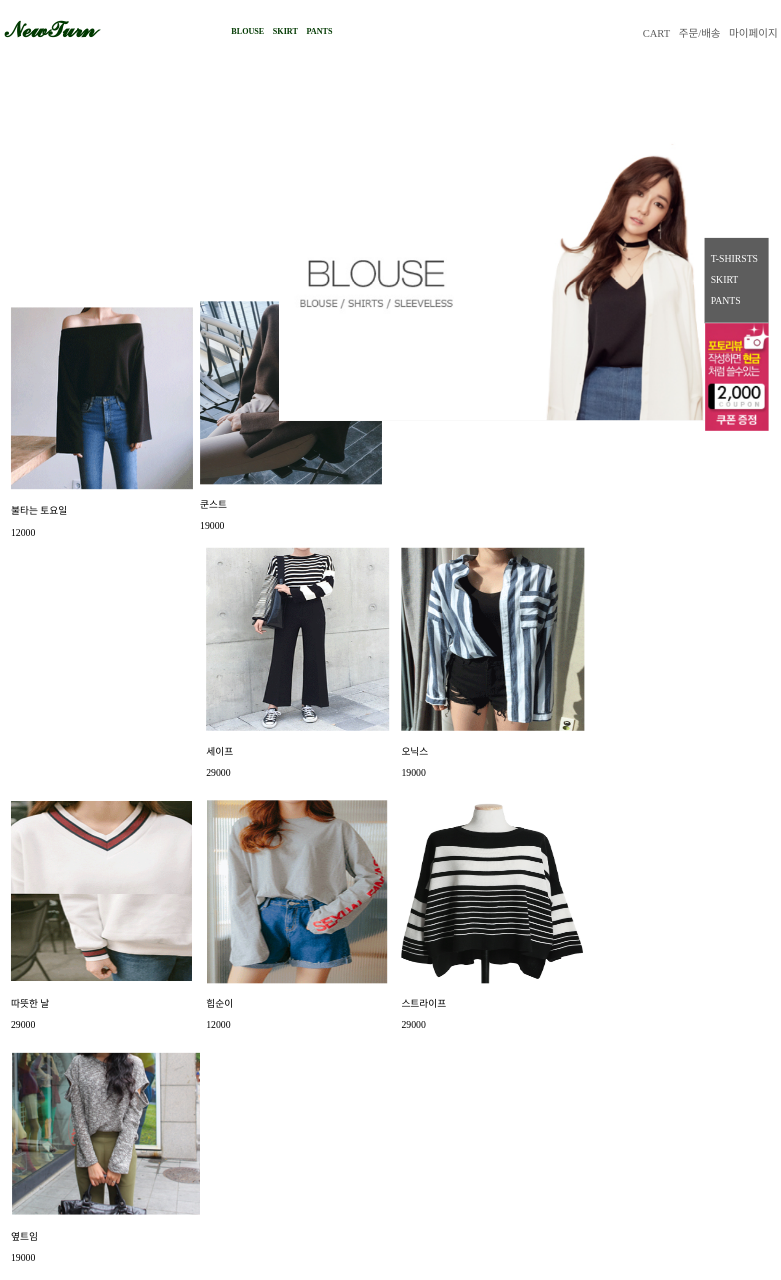
Repository: won0108/Port-Folio
Page: Creating_Homepage/Shopping/WebContent/top.html
These files come from the project's save history. The page is drawn as it stood at one moment and after the next save; the edit follows.
The browser window is 1280 px wide. The pictures show the whole page, at 61% of full size.

Above is the page before, as saved 2020-12-03 07:28:35.

### Creating_Homepage/Shopping/WebContent/top.html
<!DOCTYPE html>
<html>
<head>  <!--웹페이지에 대한 정보를 제공한다.-->
 <title> New Turn </title>  <!--탭에 New Turn을 나타낸다.-->
<style>

 	@font-face
 	{
 		font-family:"My Font";
 		src: url("fontstyle/ENCOSCPT.TTF");
	}
 	h1{
   	color:#003900;
   	position:fixed;
   	top: 0px;
   	left:10px;
   	font-family:"My Font", serif;
   	font-size: 30pt;
   	}
	#infor{
	position:fixed;
	top:40px; right:0px;
	}
	#infor a{
	text-decoration:none;
	color:#5D5D5D;
	font-size:13pt;
	display: inline;
	padding :5px;
	}
	#infor a:hover{
	tex-decoration:underline;
	color: black;
	text-weight:bold;
	}
	#categ{
	position:fixed;
	top:25px; right:730px;
	}
	#categ ul li{
	display: inline;
	}
	#categ ul li a{
	text-decoration:none;
	color:#003900;
	font-size:10pt;
	font-weight:bold;
	text-transform:uppercase;
	padding :5px;
	}
	#categ ul li a:hover{
	tex-decoration:underline; color: black;
	}
</style>
</head>
<body>
<h1> NewTurn </h1>
<div id="infor">
	<a href="">CART</a>
	<a href="">주문/배송</a>
	<a href="마이페이지.html">마이페이지</a>
</div>
<div id="categ">
		<ul>
			<li><a href="top.html">BLOUSE</a></li>
			<li><a href="skirt.html">SKIRT</a></li>
			<li><a href="pants.html">PANTS</a></li>
		</ul>
</div>
<img style="position:relative; top : 200px; left:450px;" src="images/티파니.PNG"><br>

<div style="margin:10px;float:left; top: 50px;">
   <img src="images/티셔츠1.PNG"width="300" height="300">
   <p>불타는 토요일</p>
   <p>12000</p></div>

   <img src="images/티셔츠2.PNG" width="300" height="300">
   <p>쿤스트</p>
   <p>19000</p></div>
<div style="margin:10px; float:left;">
   <img src="티셔츠3.png" width="300" height="300">
   <p>세이프</p>
   <p>29000</p></div>
<div style="margin:10px; float:left;">
   <img src="티셔츠4.png" width="300" height="300">
   <p>오닉스</p>
   <p>19000</p></div>
<div style="margin:10px; float:left;">
<img src="티셔츠5.png" width="300" height="300">
<p>따뜻한 날</p>
<p>29000</p>
</div>
<div style="margin:10px; float:left;">
<img src="티셔츠6.png" width="300" height="300">
<p>힙순이</p><p>12000</p></div>
<div style="margin:10px; float:left;">
<img src="티셔츠7.png" width="300" height="300">
<p>스트라이프</p>
<p>29000</p>
</div>
<div style="margin:10px; float:left;">
<img src="티셔츠8.png">
<p>옆트임</p>
<p>19000</p>
</div>
<div style="background-color:#5D5D5D;
width:85px; height:120px; right:20px; bottom:190px;
color:white; display:block; position:fixed; padding:10px;">
<p>T-SHIRSTS</p>
<p>SKIRT</p>
<p>PANTS</p>
</div>
<div style=" display:block; position:fixed; right:20px; bottom:10px;">
<img src="쿠폰.png"></div>
 </form>
</body>
</html>

After the next save:
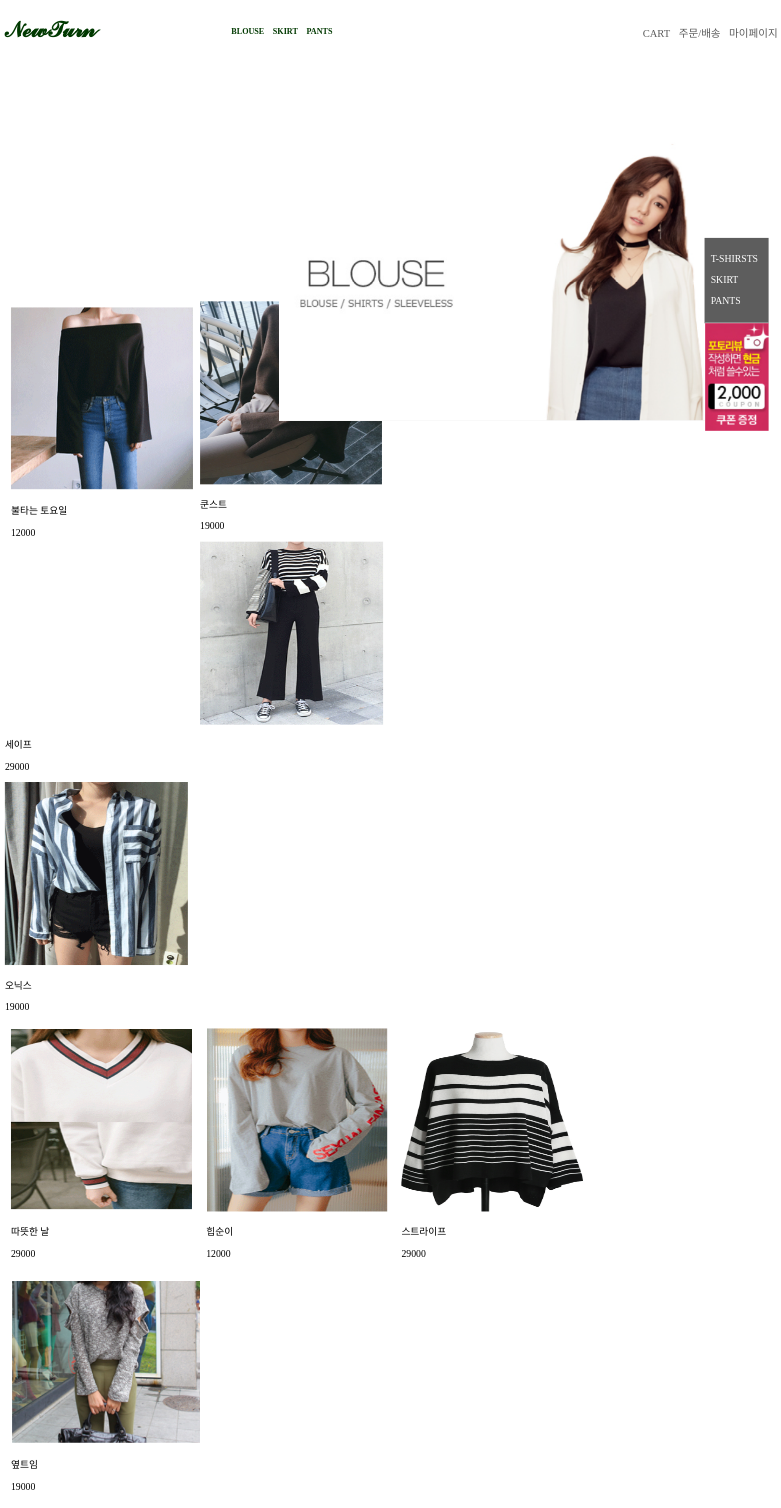
Saved 61 s later.
--- a/Creating_Homepage/Shopping/WebContent/top.html
+++ b/Creating_Homepage/Shopping/WebContent/top.html
@@ -69,22 +69,19 @@
 </div>
 <img style="position:relative; top : 200px; left:450px;" src="images/티파니.PNG"><br>
 
-<div style="margin:10px;float:left; top: 50px;">
+<div style="margin:10px;float:left;">
    <img src="images/티셔츠1.PNG"width="300" height="300">
    <p>불타는 토요일</p>
    <p>12000</p></div>
-
    <img src="images/티셔츠2.PNG" width="300" height="300">
    <p>쿤스트</p>
-   <p>19000</p></div>
-<div style="margin:10px; float:left;">
-   <img src="티셔츠3.png" width="300" height="300">
+   <p>19000</p>
+   <img src="images/티셔츠3.PNG" width="300" height="300">
    <p>세이프</p>
-   <p>29000</p></div>
-<div style="margin:10px; float:left;">
-   <img src="티셔츠4.png" width="300" height="300">
+   <p>29000</p>
+   <img src="images/티셔츠4.PNG" width="300" height="300">
    <p>오닉스</p>
-   <p>19000</p></div>
+   <p>19000</p>
 <div style="margin:10px; float:left;">
 <img src="티셔츠5.png" width="300" height="300">
 <p>따뜻한 날</p>
